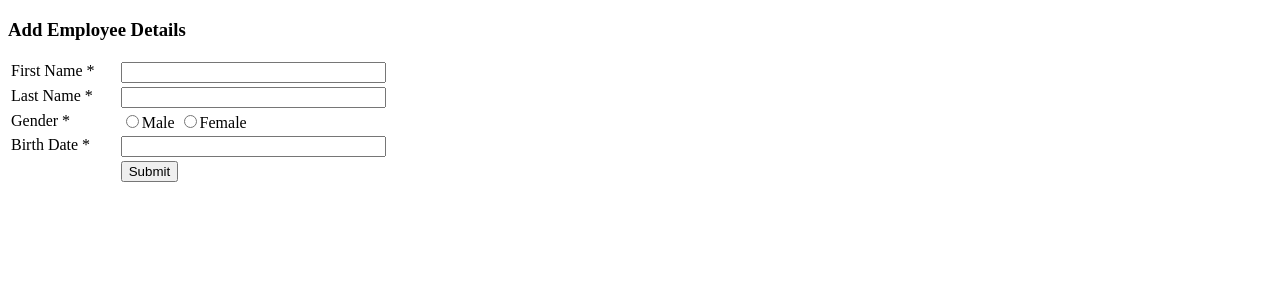
Repository: avsuhas/Java-Project
Page: http://localhost/Employee_Project/jsp/addUser.jsp
The author's editor kept a copy of each file at every save. The page is drawn from the files as they stood at one save, then again after the next save.
The browser window is 1280 px wide. The pictures show the whole page.
The page is served by Tomcat 9.

Above is the page before, as saved 2017-06-01 15:32:34.

After the next save:
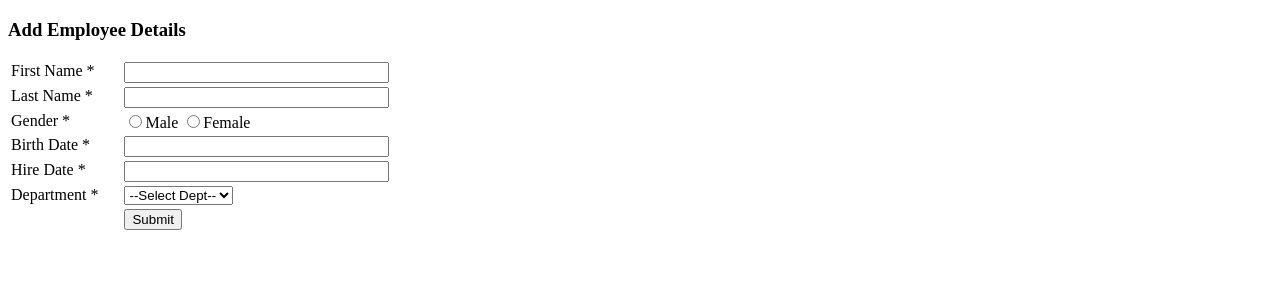
Saved 4 min 24 s later.
--- a/Employee Project/WebContent/jsp/addUser.jsp
+++ b/Employee Project/WebContent/jsp/addUser.jsp
@@ -56,9 +56,26 @@
 	</tr>
 
 
+	<tr>
+ 	<td valign="top">
+  	<label for="hireDate">Hire Date *</label>
+ 	</td>
+ 	<td valign="top">
+  	<input  type="text" name="hireDate" maxlength="20" size="30" required>
+ 	</td>
+	</tr>
 
-
-
+	<tr>
+ 	<td valign="top">
+  	<label for="department">Department *</label>
+ 	</td>
+ 	<td valign="top">
+ 	<select id="departmentId" name="department">
+                <option value="0"> --Select Dept-- </option>
+        </select>
+  <!-- 	<input  type= name="department" maxlength="20" size="30" required>	 -->
+ 	</td>
+	</tr>
 
 	<tr>
  	<td valign="top">
